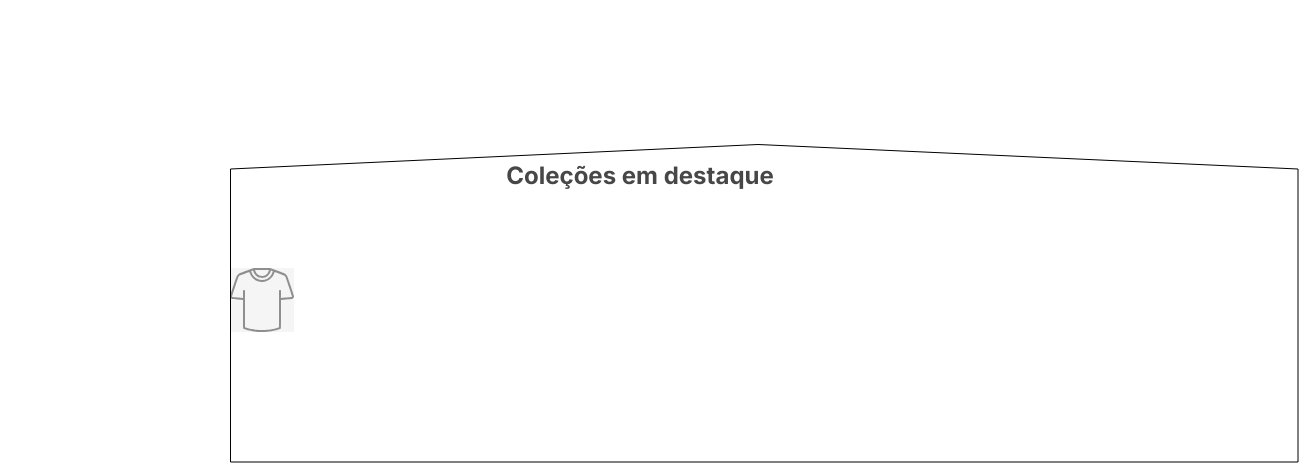
Repository: gimoli/loja-digital
Page: index.html
An editor plug-in stored every save of this project. The page is shown before and after the next save, followed by the edit.
The browser window is 1280 px wide. The page is 1299 px wide, so the pictures cover 1299 px, including what lies to the right of the window. The pictures show the part of the page from y = 1294 to 1757 px (the page is 1757 px tall).

Above is the page before, as saved 2025-04-24 11:46:00.

After the next save:
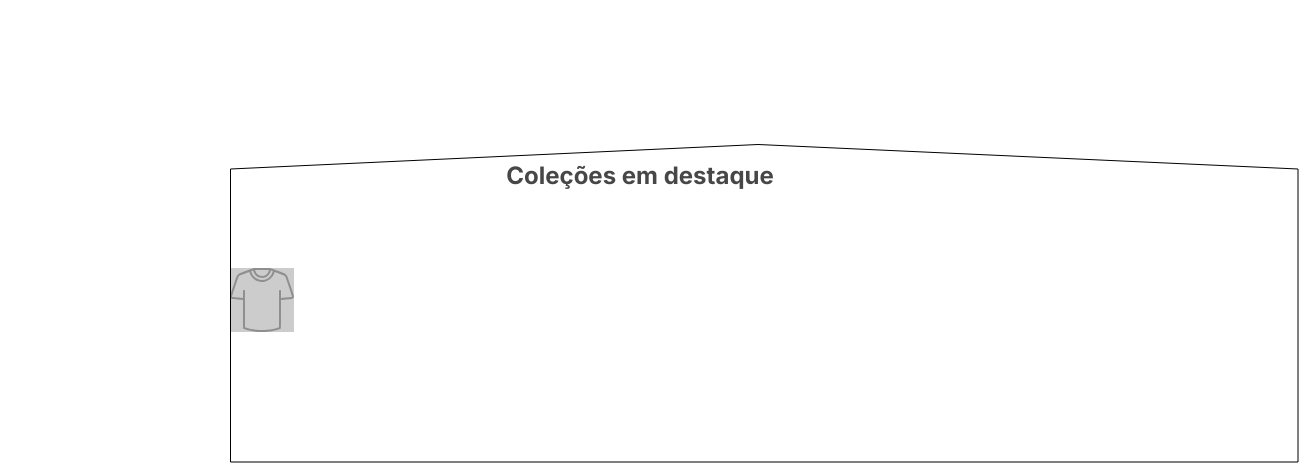
Saved 10 s later.
--- a/index.html
+++ b/index.html
@@ -131,7 +131,7 @@
             <img src="/assets/borda.svg" alt="Foto da borda" class="absolute "/>
         </div>
         <div class="">
-            <img src="assets/T-shirt.svg" alt="Foto da blus" class="bg-(--light-gray-3)">
+            <img src="assets/T-shirt.svg" alt="Foto da blus" class="bg-(--light-gray-2)">
         </div>
     </section>
 </main>
